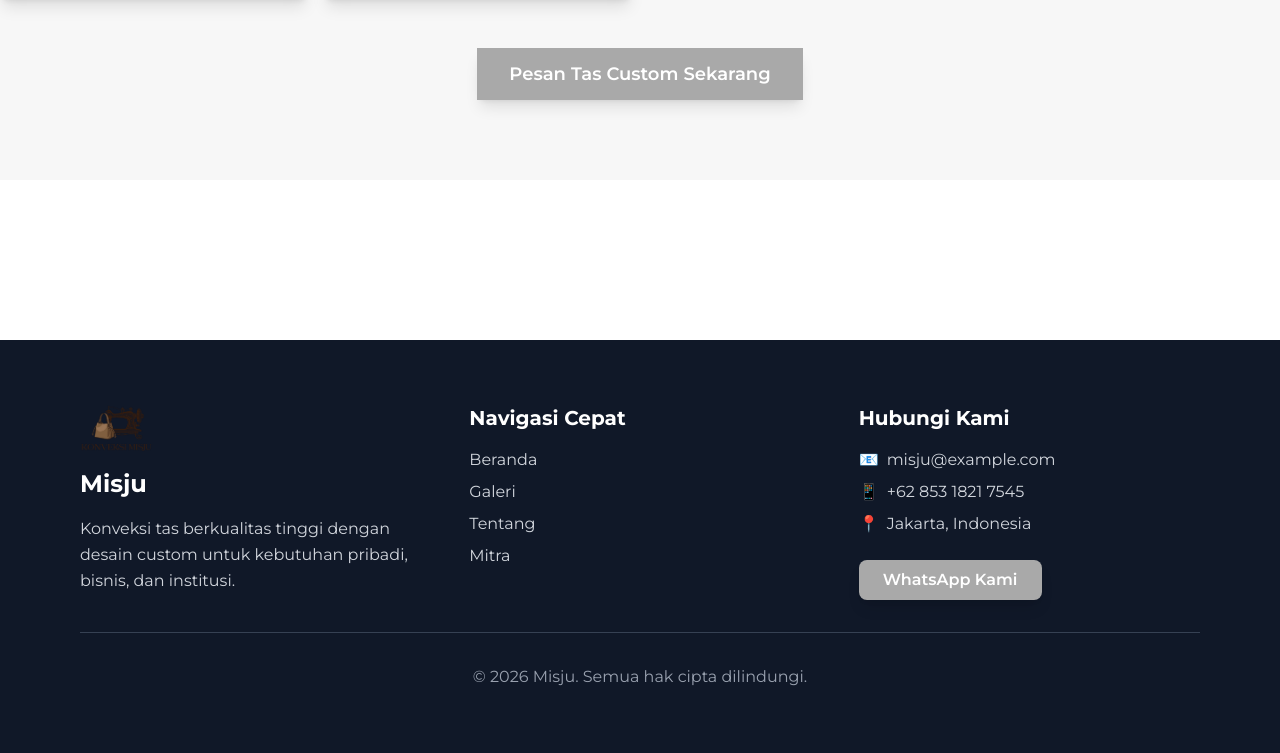
Repository: faridfirdaus-fred/konveksi_misju
Page: /
The author's editor kept a copy of each file at every save. The page is drawn from the files as they stood at one save, then again after the next save.
The browser window is 1280 px wide. The pictures show the part of the page from y = 2695 to 3448 px (the page is 3448 px tall).
The project was rebuilt for these pictures with package versions that can differ from the ones it lists, and the page was loaded fresh each time. Also part of the build but not shown: vite.config.js.

Above is the page before, as saved 2026-01-09 21:20:57.

### index.html
<!doctype html>
<html lang="en">
  <head>
    <meta charset="UTF-8" />
    <link rel="icon" type="image/svg+xml" href="/vite.svg" />
    <meta name="viewport" content="width=device-width, initial-scale=1.0" />
    <link rel="preconnect" href="https://fonts.googleapis.com">
    <link rel="preconnect" href="https://fonts.gstatic.com" crossorigin>
    <link href="https://fonts.googleapis.com/css2?family=Montserrat:wght@300;400;500;600;700;800&display=swap" rel="stylesheet">
    <title>portfolio_misju</title>
  </head>
  <body>
    <div id="root"></div>
    <script type="module" src="/src/main.jsx"></script>
  </body>
</html>

### src/index.css
@import "tailwindcss";

@theme {
  --color-primary: #A9A9A9;
  --color-secondary: #F7F7F7;
}

### src/App.jsx
import './App.css'
import Navbar from './components/Navbar'
import Hero from './components/Hero'
import Partners from './components/Partners'
import Gallery from './components/Gallery'
import About from './components/About'
import Footer from './components/Footer'
import Hero_Bottom from './components/Hero_Bottom'

function App() {
  return (
    <div className="min-h-screen bg-gray-50">
      <Navbar />
      <Hero />
      <Partners />
      <Hero_Bottom />
      <Gallery />
      <About />
      <Footer />
    </div>
  )
}

export default App

### src/App.css
/* Custom styles for portfolio */
html {
  scroll-behavior: smooth;
}

body {
  font-family: "Montserrat", sans-serif;
  font-optical-sizing: auto;
}

### src/components/Navbar.jsx
import { useState } from 'react'
import logo from '../assets/logo.webp'

function Navbar() {
    const [isMobileMenuOpen, setIsMobileMenuOpen] = useState(false)

    const scrollToSection = (id) => {
        const element = document.getElementById(id)
        if (element) {
            element.scrollIntoView({ behavior: 'smooth' })
        }
        setIsMobileMenuOpen(false)
    }

    return (
        <nav className="fixed top-0 px-20 left-0 right-0 bg-secondary shadow-md z-50">
            <div className=" mx-auto">
                <div className="flex justify-between items-center h-16">
                    {/* Logo - Kiri */}
                    <div className="shrink-0">
                        <a href="#home" className="flex items-center">
                            <img src={logo} alt="MyPortfolio Logo" className="h-10 w-auto" />
                        </a>
                    </div>

                    {/* Navigation - Tengah (Desktop) */}
                    <div className="hidden md:flex space-x-8">
                        <button onClick={() => scrollToSection('home')} className="text-gray-700 hover:text-primary transition">
                            Beranda
                        </button>

                        <button onClick={() => scrollToSection('gallery')} className="text-gray-700 hover:text-primary transition">
                            Galeri
                        </button>
                        <button onClick={() => scrollToSection('about')} className="text-gray-700 hover:text-primary transition">
                            Tentang
                        </button>
                         <button onClick={() => scrollToSection('partners')} className="text-gray-700 hover:text-primary transition">
                            Mitra
                        </button>
                    </div>

                    {/* Contact Button - Kanan */}
                    <div className="hidden md:block">
                        <a
                            href="https://wa.me/6285318217545"
                            target="_blank"
                            rel="noopener noreferrer"
                            className="inline-block bg-primary text-white px-6 py-2 rounded-lg transition hover:bg-secondary hover:text-primary border-2 border-primary"
                        >
                            Hubungi Kami
                        </a>
                    </div>

                    {/* Mobile menu button */}
                    <div className="md:hidden">
                        <button
                            onClick={() => setIsMobileMenuOpen(!isMobileMenuOpen)}
                            className="text-gray-700 hover:text-blue-600"
                        >
                            <svg className="h-6 w-6" fill="none" viewBox="0 0 24 24" stroke="currentColor">
                                <path strokeLinecap="round" strokeLinejoin="round" strokeWidth={2} d={isMobileMenuOpen ? "M6 18L18 6M6 6l12 12" : "M4 6h16M4 12h16M4 18h16"} />
                            </svg>
                        </button>
                    </div>
                </div>
            </div>

            {/* Mobile menu */}
            {isMobileMenuOpen && (
                <div className="md:hidden bg-white border-t">
                    <div className="px-2 pt-2 pb-3 space-y-1">
                        <button onClick={() => scrollToSection('home')} className="block w-full text-left px-3 py-2 text-gray-700 hover:bg-gray-100">
                            Beranda
                        </button>
                        <button onClick={() => scrollToSection('partners')} className="block w-full text-left px-3 py-2 text-gray-700 hover:bg-gray-100">
                            Mitra
                        </button>
                        <button onClick={() => scrollToSection('gallery')} className="block w-full text-left px-3 py-2 text-gray-700 hover:bg-gray-100">
                            Galeri
                        </button>
                        <button onClick={() => scrollToSection('about')} className="block w-full text-left px-3 py-2 text-gray-700 hover:bg-gray-100">
                            Tentang
                        </button>
                        <a
                            href="https://wa.me/6285318217545"
                            target="_blank"
                            rel="noopener noreferrer"
                            className="block w-full text-center px-3 py-2 bg-primary text-secondary hover:bg-secondary hover:text-primary rounded"
                        >
                            Hubungi Kami
                        </a>
                    </div>
                </div>
            )}
        </nav>
    )
}

export default Navbar

### src/components/Hero.jsx
import hero from '../assets/hero.webp'

function Hero() {

  return (
    <section
      id="home"
      className="h-screen w-full flex items-center relative bg-cover bg-no-repeat bg-right md:bg-center"
      style={{
        backgroundImage: `url(${hero})`
      }}
    >
      {/* Overlay */}
      <div className="absolute inset-0 bg-black/40"></div>

      {/* Content */}
      <div className="relative z-10 w-11/12 mx-auto px-4">
        <div className="w-full md:w-6/12">
          <h1 className="text-3xl md:text-6xl font-bold text-white mb-4">
            Misju - Konveksi Tas Berkualitas
          </h1>
          <p className="text-base md:text-xl text-white/90 mb-6">
            Spesialis pembuatan tas custom untuk kebutuhan pribadi, bisnis, dan institusi. Kualitas terjamin dengan harga terjangkau.
          </p>
          <div className="flex flex-wrap gap-4">
            <a
              href="https://wa.me/6285318217545"
              target="_blank"
              rel="noopener noreferrer"
              className="bg-primary text-white px-6 py-3 rounded-lg text-lg font-semibold hover:bg-secondary hover:text-primary transition shadow-lg"
            >
              Hubungi Kami
            </a>
          </div>
        </div>
      </div>
    </section>
  )
}

export default Hero

### src/components/Partners.jsx
import tgif from '../assets/tgif.webp'
import namikita from '../assets/namikita.webp'

function Partners() {
  const partners = [
    {
      id: 1,
      name: 'TGI Friday\'s',
      logo: tgif,
      alt: 'TGI Friday\'s Logo'
    },
    {
      id: 2,
      name: 'Namikita',
      logo: namikita,
      alt: 'Namikita Logo'
    },
  ]

  return (
    <section id="partners" className="py-20 px-20 bg-white">
      <div className="w-full mx-auto">
        <div className="text-center mb-16">
          <h2 className="text-4xl font-bold text-gray-900 mb-4">
            Perusahaan yang Telah Bekerja Sama
          </h2>
          <p className="text-xl text-gray-600">
            Dipercaya oleh berbagai perusahaan terkemuka
          </p>
        </div>
        <div className="flex flex-wrap justify-center gap-8 md:gap-12">
          {partners.map((partner) => (
            <div key={partner.id} className="flex items-center justify-center rounded-lg hover:shadow-lg transition">
              <img
                src={partner.logo}
                alt={partner.alt}
                className="max-h-16 md:max-h-36 w-auto object-contain"
              />
            </div>
          ))}
        </div>
      </div>
    </section>
  )
}

export default Partners

### src/components/Gallery.jsx

function Gallery() {
  const galleryItems = [
    { id: 1, title: 'TAS CUSTOM PREMIUM', image: 'https://images.unsplash.com/photo-1553062407-98eeb64c6a62?w=800&q=80', description: 'Tas custom berkualitas tinggi dengan desain eksklusif' },
    { id: 2, title: 'BACKPACK PROFESIONAL', image: 'https://images.unsplash.com/photo-1622560480605-d83c853bc5c3?w=800&q=80', description: 'Backpack ergonomis untuk kebutuhan profesional' },
    { id: 3, title: 'TAS LAPTOP ELEGAN', image: 'https://images.unsplash.com/photo-1547949003-9792a18a2601?w=800&q=80', description: 'Tas laptop dengan desain modern dan praktis' },
    { id: 4, title: 'MESSENGER BAG STYLISH', image: 'https://images.unsplash.com/photo-1548036328-c9fa89d128fa?w=800&q=80', description: 'Tas selempang dengan gaya urban dan fungsional' },
    { id: 5, title: 'TRAVEL BAG MULTIFUNGSI', image: 'https://images.unsplash.com/photo-1581605405669-fcdf81165afa?w=800&q=80', description: 'Tas travel dengan banyak kompartemen' },
    { id: 6, title: 'TOTE BAG CASUAL', image: 'https://images.unsplash.com/photo-1590874103328-eac38a683ce7?w=800&q=80', description: 'Tas tote santai untuk aktivitas sehari-hari' },
  ]

  return (
    <section id="gallery" className="py-12 md:py-20 bg-secondary">
      <div className="w-full">
        {/* Header */}
        <div className="text-center mb-8 md:mb-12">
          <h2 className="text-3xl md:text-4xl font-bold text-gray-900 mb-3 md:mb-4">
            Galeri Produk Kami
          </h2>
          <p className="text-base md:text-xl text-gray-600">
            Koleksi tas berkualitas dengan berbagai model dan fungsi
          </p>
        </div>

        {/* Grid Gallery */}
        <div className="grid grid-cols-2 md:grid-cols-3 lg:grid-cols-4 gap-3 md:gap-4 mb-8 md:mb-12">
          {galleryItems.map((item) => (
            <div
              key={item.id}
              className="relative aspect-square overflow-hidden shadow-lg hover:shadow-2xl transition-all duration-300 cursor-pointer group"
            >
              {/* Image */}
              <img
                src={item.image}
                alt={item.title}
                className="w-full h-full object-cover group-hover:scale-110 transition-transform duration-500"
              />

              {/* Hover Effect */}
              <div className="absolute inset-0 bg-primary/0 group-hover:bg-primary/10 transition-all duration-300"></div>
            </div>
          ))}
        </div>

        {/* CTA Button */}
        <div className="text-center">
          <a
            href="https://wa.me/6285318217545"
            target="_blank"
            rel="noopener noreferrer"
            className="inline-block bg-primary text-white px-8 py-3 text-lg font-semibold hover:bg-gray-800 transition shadow-lg"
          >
            Pesan Tas Custom Sekarang
          </a>
        </div>
      </div>
    </section>
  )
}

export default Gallery

### src/components/About.jsx
function About() {
  return (
    <section id="about" className="py-20 px-4 bg-white ">
      <div className="max-w-7xl mx-auto">

      </div>
    </section>
  )
}

export default About

### src/components/Footer.jsx
import logo from '../assets/logo.webp'

function Footer() {
  const scrollToSection = (id) => {
    const element = document.getElementById(id)
    if (element) {
      element.scrollIntoView({ behavior: 'smooth' })
    }
  }

  return (
    <footer id="footer" className="bg-gray-900 text-white py-12 md:py-16 px-4 md:px-8 lg:px-20">
      <div className="w-full mx-auto">
        <div className="grid grid-cols-1 md:grid-cols-3 gap-8 md:gap-12 mb-8">
          {/* About */}
          <div>
            <img src={logo} alt="Misju Logo" className="h-12 w-auto mb-4" />
            <h3 className="text-xl md:text-2xl font-bold mb-3 md:mb-4">Misju</h3>
            <p className="text-gray-300 text-sm md:text-base leading-relaxed">
              Konveksi tas berkualitas tinggi dengan desain custom untuk kebutuhan pribadi, bisnis, dan institusi.
            </p>
          </div>

          {/* Quick Links */}
          <div>
            <h3 className="text-lg md:text-xl font-bold mb-3 md:mb-4">Navigasi Cepat</h3>
            <ul className="space-y-2">
              <li>
                <button onClick={() => scrollToSection('home')} className="text-gray-300 hover:text-white transition text-sm md:text-base">
                  Beranda
                </button>
              </li>
              <li>
                <button onClick={() => scrollToSection('gallery')} className="text-gray-300 hover:text-white transition text-sm md:text-base">
                  Galeri
                </button>
              </li>
              <li>
                <button onClick={() => scrollToSection('about')} className="text-gray-300 hover:text-white transition text-sm md:text-base">
                  Tentang
                </button>
              </li>
              <li>
                <button onClick={() => scrollToSection('partners')} className="text-gray-300 hover:text-white transition text-sm md:text-base">
                  Mitra
                </button>
              </li>
            </ul>
          </div>

          {/* Contact */}
          <div>
            <h3 className="text-lg md:text-xl font-bold mb-3 md:mb-4">Hubungi Kami</h3>
            <ul className="space-y-2 text-gray-300 text-sm md:text-base">
              <li className="flex items-start gap-2">
                <span>📧</span>
                <span>misju@example.com</span>
              </li>
              <li className="flex items-start gap-2">
                <span>📱</span>
                <span>+62 853 1821 7545</span>
              </li>
              <li className="flex items-start gap-2">
                <span>📍</span>
                <span>Jakarta, Indonesia</span>
              </li>
            </ul>
            <div className="mt-6">
              <a
                href="https://wa.me/6285318217545"
                target="_blank"
                rel="noopener noreferrer"
                className="inline-block bg-primary text-white px-6 py-2 rounded-lg transition hover:bg-white hover:text-primary shadow-lg text-sm md:text-base font-semibold"
              >
                WhatsApp Kami
              </a>
            </div>
          </div>
        </div>

        <div className="border-t border-gray-700 pt-6 md:pt-8 text-center">
          <p className="text-gray-400 text-sm md:text-base">&copy; 2026 Misju. Semua hak cipta dilindungi.</p>
        </div>
      </div>
    </footer>
  )
}

export default Footer

### src/components/Hero_Bottom.jsx
import { useState } from 'react'

function Hero_Bottom() {
  const [currentSlide, setCurrentSlide] = useState(0)

  // Data untuk carousel
  const slides = [
    {
      id: 1,
      title: "CARRY THE DAY",
      caption: "Everything you need to make it through a day at the office, from your laptop to your gym clothes, and still look the part once you're off the clock.",
      image: "https://images.unsplash.com/photo-1553062407-98eeb64c6a62?w=800&q=80"
    },
    {
      id: 2,
      title: "URBAN EXPLORER",
      caption: "Navigate the city streets with style and comfort. Perfect companion for your daily adventures and weekend getaways.",
      image: "https://images.unsplash.com/photo-1622560480605-d83c853bc5c3?w=800&q=80"
    },
    {
      id: 3,
      title: "WORK & PLAY",
      caption: "Seamlessly transition from professional meetings to casual outings. Designed for the modern lifestyle.",
      image: "https://images.unsplash.com/photo-1547949003-9792a18a2601?w=800&q=80"
    }
  ]

  const nextSlide = () => {
    setCurrentSlide((prev) => (prev + 1) % slides.length)
  }

  const prevSlide = () => {
    setCurrentSlide((prev) => (prev - 1 + slides.length) % slides.length)
  }

  const goToSlide = (index) => {
    setCurrentSlide(index)
  }

  return (
    <section id="home" className="pt-12 pb-12 md:pt-24 md:pb-20 bg-secondary">
      <div className=" mx-auto ">
        {/* Mobile First Layout */}
        <div className="flex flex-col md:flex-row gap-6 md:gap-12 items-center">

          {/* Left Section - Caption (Mobile: bottom, Desktop: left) */}
          <div className="w-full pl-20 md:w-6/12 order-2 md:order-1 text-center md:text-left">
            <div className="max-w-md mx-auto md:mx-0">
              <h2 className="text-3xl md:text-4xl lg:text-5xl font-bold mb-4 md:mb-6">
                {slides[currentSlide].title}
              </h2>
              <p className="text-base md:text-lg text-gray-600 leading-relaxed">
                {slides[currentSlide].caption}
              </p>
            </div>
          </div>

          {/* Right Section - Image (Mobile: top, Desktop: right) */}
          <div className="w-full md:w-6/12 order-1 md:order-2 relative">
            <div className="relative aspect-square md:aspect-[4/3]  overflow-hidden shadow-xl">
              <img
                src={slides[currentSlide].image}
                alt={slides[currentSlide].title}
                className="w-full h-full object-cover transition-opacity duration-500"
              />

              {/* Desktop Navigation Buttons */}
              <button
                onClick={prevSlide}
                className="hidden md:flex absolute left-4 top-1/2 -translate-y-1/2 bg-white/90 hover:bg-white p-3 rounded-full shadow-lg transition-all duration-200 items-center justify-center group"
                aria-label="Previous slide"
              >
                <svg className="w-6 h-6 text-gray-800 group-hover:text-black" fill="none" stroke="currentColor" viewBox="0 0 24 24">
                  <path strokeLinecap="round" strokeLinejoin="round" strokeWidth={2} d="M15 19l-7-7 7-7" />
                </svg>
              </button>

              <button
                onClick={nextSlide}
                className="hidden md:flex absolute right-4 top-1/2 -translate-y-1/2 bg-white/90 hover:bg-white p-3 rounded-full shadow-lg transition-all duration-200 items-center justify-center group"
                aria-label="Next slide"
              >
                <svg className="w-6 h-6 text-gray-800 group-hover:text-black" fill="none" stroke="currentColor" viewBox="0 0 24 24">
                  <path strokeLinecap="round" strokeLinejoin="round" strokeWidth={2} d="M9 5l7 7-7 7" />
                </svg>
              </button>
            </div>

            {/* Mobile Dot Navigation */}
            <div className="flex md:hidden justify-center gap-2 mt-6">
              {slides.map((_, index) => (
                <button
                  key={index}
                  onClick={() => goToSlide(index)}
                  className={`w-3 h-3 rounded-full transition-all duration-300 ${
                    currentSlide === index
                      ? 'bg-gray-800 w-8'
                      : 'bg-gray-300 hover:bg-gray-400'
                  }`}
                  aria-label={`Go to slide ${index + 1}`}
                />
              ))}
            </div>
          </div>

        </div>

        {/* Desktop Dot Indicators (optional - below content) */}
        <div className="hidden md:flex justify-center gap-2 mt-8">
          {slides.map((_, index) => (
            <button
              key={index}
              onClick={() => goToSlide(index)}
              className={`w-2.5 h-2.5 rounded-full transition-all duration-300 ${
                currentSlide === index
                  ? 'bg-gray-800 w-8'
                  : 'bg-gray-300 hover:bg-gray-400'
              }`}
              aria-label={`Go to slide ${index + 1}`}
            />
          ))}
        </div>
      </div>
    </section>
  )
}

export default Hero_Bottom

Loaded but not shown: src/main.jsx (common file)

After the next save:
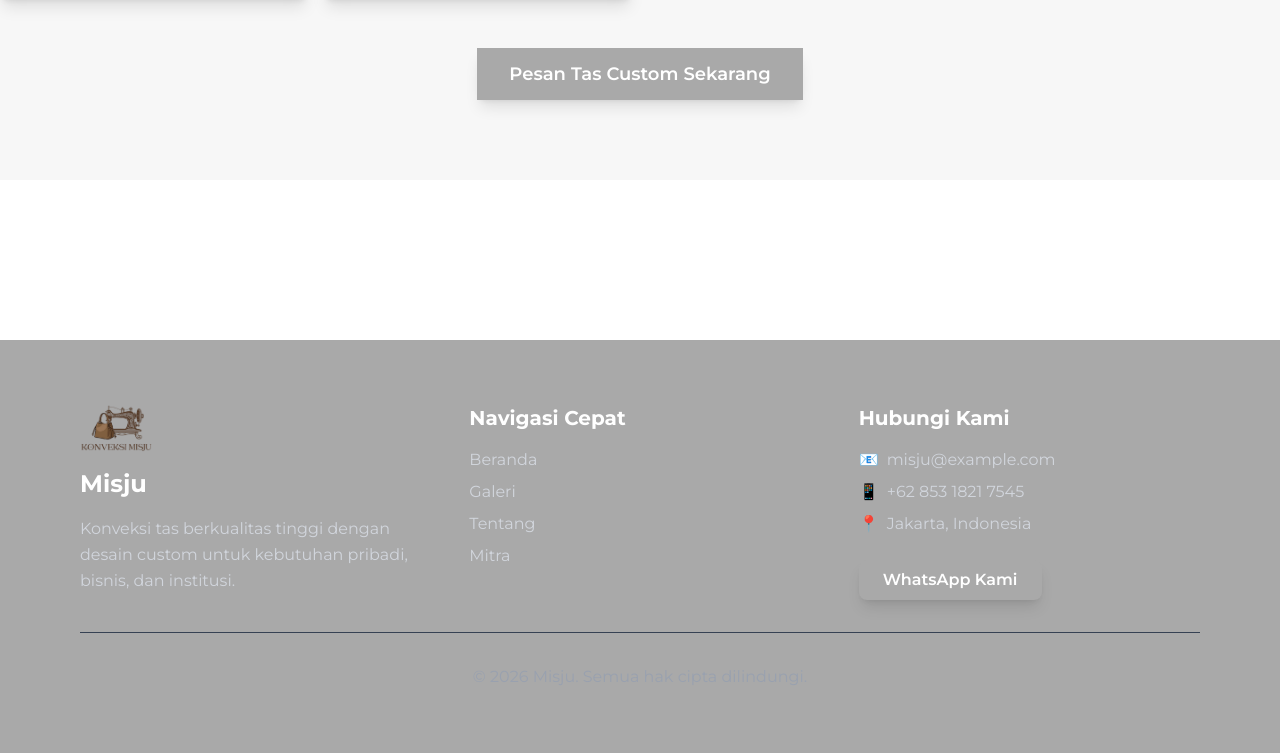
Saved 4 min 21 s later.
--- a/src/components/Footer.jsx
+++ b/src/components/Footer.jsx
@@ -9,7 +9,7 @@
   }
 
   return (
-    <footer id="footer" className="bg-gray-900 text-white py-12 md:py-16 px-4 md:px-8 lg:px-20">
+    <footer id="footer" className="bg-primary text-white py-12 md:py-16 px-4 md:px-8 lg:px-20">
       <div className="w-full mx-auto">
         <div className="grid grid-cols-1 md:grid-cols-3 gap-8 md:gap-12 mb-8">
           {/* About */}
